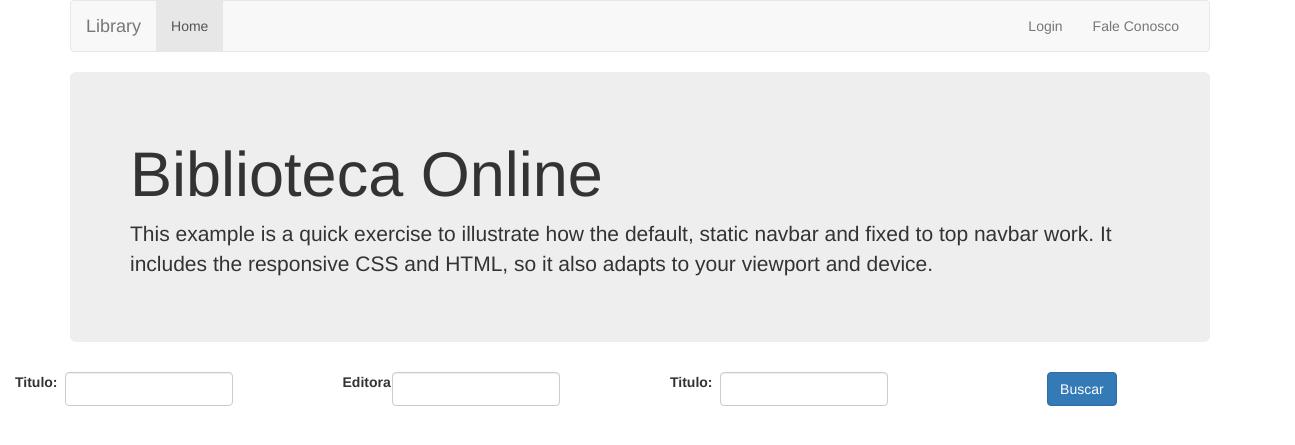
Repository: stefanyco/biblioteca
Page: http://localhost/Biblioteca/home.jsp
These files come from the project's save history. The page is drawn as it stood at one moment and after the next save; the edit follows.
The browser window is 1280 px wide. The page is 1295 px wide, then 1280 px, so the pictures cover 1295 px, including what lies to the right of the window. The pictures show the whole page.
The page is served by Tomcat 9.

Above is the page before, as saved 2016-11-07 23:00:51.

After the next save:
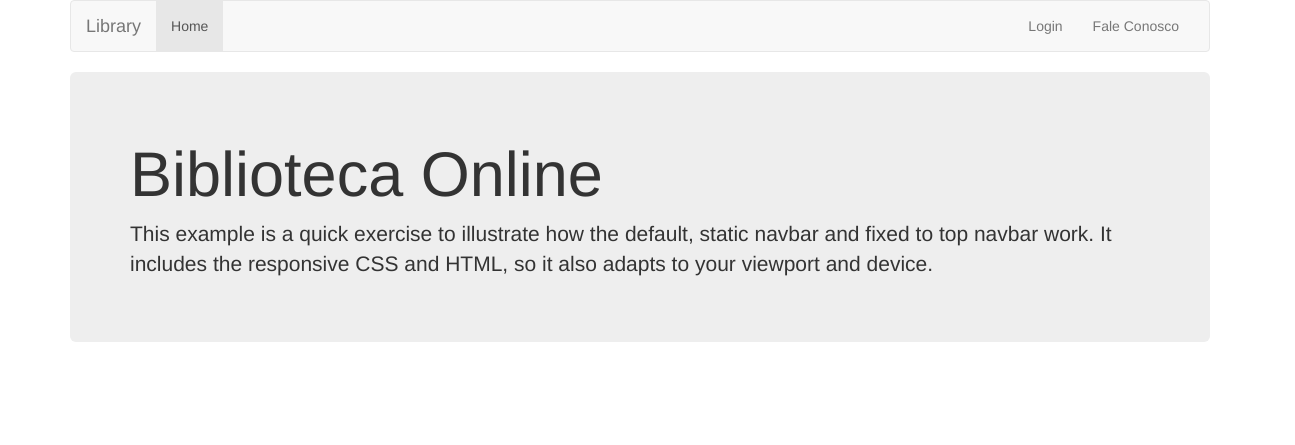
Saved 21 s later.
--- a/Sistema Biblioteca/Biblioteca/WebContent/home.jsp
+++ b/Sistema Biblioteca/Biblioteca/WebContent/home.jsp
@@ -40,54 +40,8 @@
 		</div>
 
 	</div>
-	<div class="row">
-		<div class="col-xs-6 col-sm-3">
-			<div class="form-group">
-				<label for="titulo" class="col-xs-2 control-label">Titulo:</label>
-				<div class="col-xs-8">
-					<input type="text" class="form-control" name="titulo" required
-						maxlength="50">
-				</div>
-			</div>
-		</div>
-		<div class="col-xs-6 col-sm-3">
-			<div class="form-group">
-				<label for="titulo" class="col-xs-2 control-label">Editora:</label>
-				<div class="col-xs-8">
-					<input type="text" class="form-control" name="titulo" required
-						maxlength="50">
-				</div>
-			</div>
-		</div>
+	<!-- /container -->
 
-		<div class="clearfix visible-xs-block">
-			<div class="form-group">
-				<label for="titulo" class="col-xs-2 control-label">Autor:</label>
-				<div class="col-xs-8">
-					<input type="text" class="form-control" name="titulo" required
-						maxlength="50">
-				</div>
-			</div>
-		</div>
-
-		<div class="col-xs-6 col-sm-3">
-			<div class="form-group">
-				<label for="titulo" class="col-xs-2 control-label">Titulo:</label>
-				<div class="col-xs-8">
-					<input type="text" class="form-control" name="titulo" required
-						maxlength="50">
-				</div>
-			</div>
-		</div>
-		<div class="col-xs-6 col-sm-3">
-			<div class="form-group">
-				<div class="col-xs-offset-2 col-xs-10">
-					<button type="submit" class="btn btn-primary">Buscar</button>
-				</div>
-			</div>
-		</div>
-	</div>
-	<!-- /container -->
 
 </body>
 </html>
